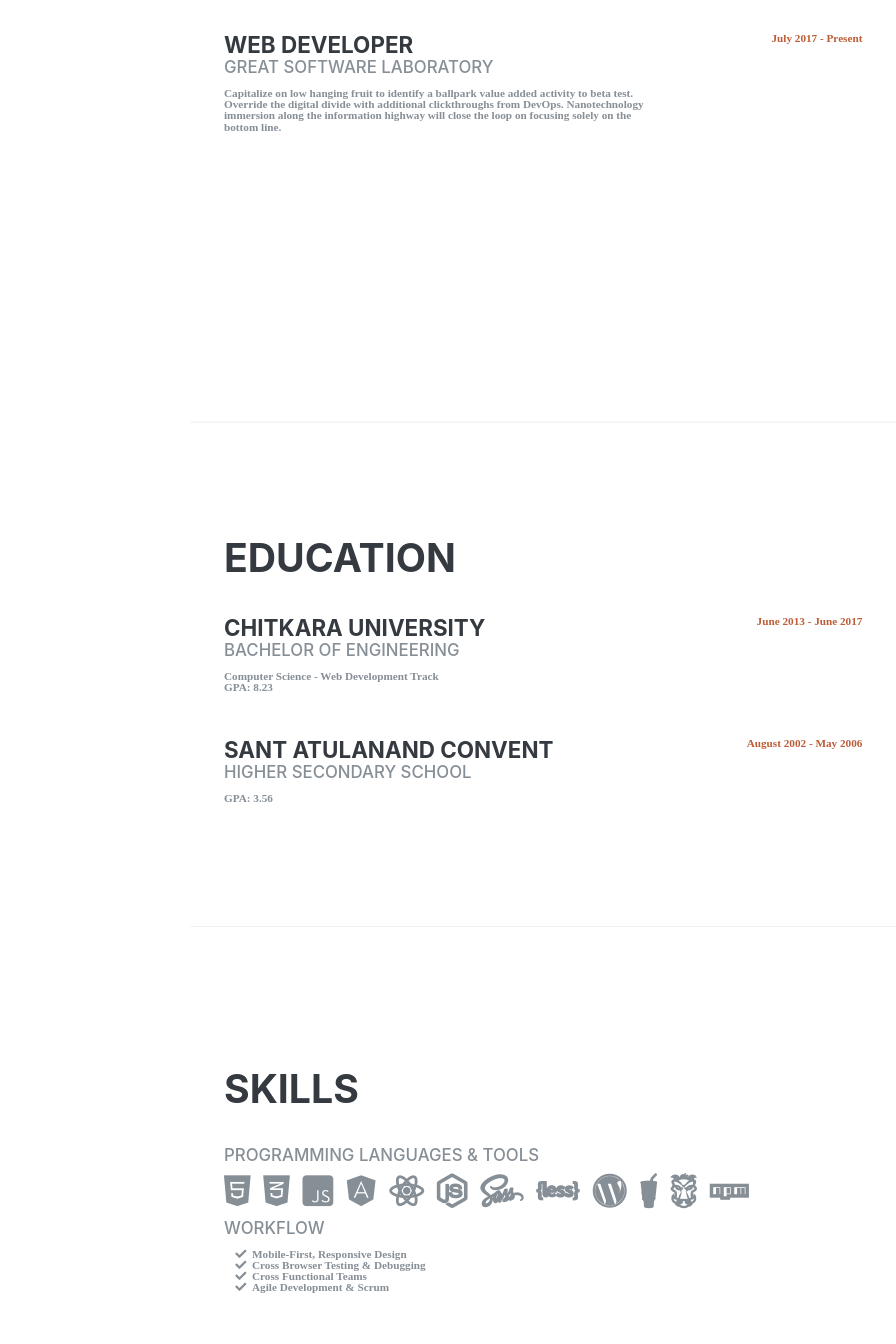
Repository: ankitkeshari719/ankitkeshari719.github.io
Page: index.html
The author's editor kept a copy of each file at every save. The page is drawn from the files as they stood at one save, then again after the next save.
The browser window is 1280 px wide. The pictures show the part of the page from y = 838 to 2758 px (the page is 4349 px tall), at 70% of full size.
Some web fonts or font styles are not loaded; a fallback is used.

Above is the page before, as saved 2020-03-13 16:10:01.

### index.html
<!DOCTYPE html>
<html lang="en">

<head>

  <meta charset="utf-8">
  <meta name="viewport" content="width=device-width, initial-scale=1, shrink-to-fit=no">
  <meta name="description" content="">
  <meta name="author" content="">

  <title>Ankit Keshari : Portfolio</title>

  <!-- Bootstrap core CSS -->
  <link href="vendor/bootstrap/css/bootstrap.min.css" rel="stylesheet">

  <!-- Custom fonts for this template -->
  <link href="https://fonts.googleapis.com/css?family=Saira+Extra+Condensed:500,700" rel="stylesheet">
  <link href="https://fonts.googleapis.com/css?family=Muli:400,400i,800,800i" rel="stylesheet">
  <link href="vendor/fontawesome-free/css/all.min.css" rel="stylesheet">

  <!-- Custom styles for this template -->
  <link href="css/resume.min.css" rel="stylesheet">

</head>

<body id="page-top">

  <nav class="navbar navbar-expand-lg navbar-dark bg-primary fixed-top" id="sideNav">
    <a class="navbar-brand js-scroll-trigger" href="#page-top">
      <span class="d-block d-lg-none">Ankit Keshari</span>
      <span class="d-none d-lg-block">
        <img class="img-fluid img-profile rounded-circle mx-auto mb-2" src="img/profile.jpg" alt="">
      </span>
    </a>
    <button class="navbar-toggler" type="button" data-toggle="collapse" data-target="#navbarSupportedContent" aria-controls="navbarSupportedContent" aria-expanded="false" aria-label="Toggle navigation">
      <span class="navbar-toggler-icon"></span>
    </button>
    <div class="collapse navbar-collapse" id="navbarSupportedContent">
      <ul class="navbar-nav">
        <li class="nav-item">
          <a class="nav-link js-scroll-trigger" href="#about">About</a>
        </li>
        <li class="nav-item">
          <a class="nav-link js-scroll-trigger" href="#experience">Experience</a>
        </li>
        <li class="nav-item">
          <a class="nav-link js-scroll-trigger" href="#education">Education</a>
        </li>
        <li class="nav-item">
          <a class="nav-link js-scroll-trigger" href="#skills">Skills</a>
        </li>
        <li class="nav-item">
          <a class="nav-link js-scroll-trigger" href="#interests">Interests</a>
        </li>
        <li class="nav-item">
          <a class="nav-link js-scroll-trigger" href="#awards">Awards</a>
        </li>
      </ul>
    </div>
  </nav>

  <div class="container-fluid p-0">
    <section class="resume-section p-3 p-lg-5 d-flex align-items-center" id="about">
      <div class="w-100">
        <h1 class="mb-0">Ankit
          <span class="text-primary">Keshari</span>
        </h1>
        <div class="subheading mb-5">H-19, Rajnarayan Nagar. Gangapur Varanasi· Uttar Pradesh, CO 221302 · (+91) 950-1671-533 ·
          <a href="mailto:ankitkeshari719@gmail.com">ankitkeshari719@gmail.com</a>
        </div>
        <p class="lead mb-5">I am experienced in leveraging agile frameworks to provide a robust synopsis for high level overviews. Iterative approaches to corporate strategy foster collaborative thinking to further the overall value proposition.</p>
        <div class="social-icons">
          <a href="https://www.linkedin.com/in/ankit-keshari-a2937094?trk=hp-identity-name" target="_blank"><i class="fa fa-linkedin-square">
            <i class="fab fa-linkedin-in"></i>
          </a>
          <a href="https://github.com/ankitkeshari719" target="_blank">
            <i class="fab fa-github"></i>
          </a>
          <a href="https://twitter.com/I_m_ankit_kesri" target="_blank">
            <i class="fab fa-twitter"></i>
          </a>
          <a href="https://www.facebook.com/ankitkeshari719" target="_blank">
            <i class="fab fa-facebook-f"></i>
          </a>
        </div>
      </div>
    </section>

    <hr class="m-0">

    <section class="resume-section p-3 p-lg-5 d-flex justify-content-center" id="experience">
      <div class="w-100">
        <h2 class="mb-5">Experience</h2>

        <!-- <div class="resume-item d-flex flex-column flex-md-row justify-content-between mb-5">
          <div class="resume-content">
            <h3 class="mb-0">Senior Web Developer</h3>
            <div class="subheading mb-3">Intelitec Solutions</div>
            <p>Bring to the table win-win survival strategies to ensure proactive domination. At the end of the day, going forward, a new normal that has evolved from generation X is on the runway heading towards a streamlined cloud solution. User generated content in real-time will have multiple touchpoints for offshoring.</p>
          </div>
          <div class="resume-date text-md-right">
            <span class="text-primary">March 2013 - Present</span>
          </div>
        </div> -->

        <div class="resume-item d-flex flex-column flex-md-row justify-content-between mb-5">
          <div class="resume-content">
            <h3 class="mb-0">Web Developer</h3>
            <div class="subheading mb-3">Great Software Laboratory</div>
            <p>Capitalize on low hanging fruit to identify a ballpark value added activity to beta test. Override the digital divide with additional clickthroughs from DevOps. Nanotechnology immersion along the information highway will close the loop on focusing solely on the bottom line.</p>
          </div>
          <div class="resume-date text-md-right">
            <span class="text-primary">July 2017 - Present</span>
          </div>
        </div>

        <!-- <div class="resume-item d-flex flex-column flex-md-row justify-content-between mb-5">
          <div class="resume-content">
            <h3 class="mb-0">Junior Web Designer</h3>
            <div class="subheading mb-3">Shout! Media Productions</div>
            <p>Podcasting operational change management inside of workflows to establish a framework. Taking seamless key performance indicators offline to maximise the long tail. Keeping your eye on the ball while performing a deep dive on the start-up mentality to derive convergence on cross-platform integration.</p>
          </div>
          <div class="resume-date text-md-right">
            <span class="text-primary">July 2010 - December 2011</span>
          </div>
        </div> -->

        <!-- <div class="resume-item d-flex flex-column flex-md-row justify-content-between">
          <div class="resume-content">
            <h3 class="mb-0">Web Design Intern</h3>
            <div class="subheading mb-3">Shout! Media Productions</div>
            <p>Collaboratively administrate empowered markets via plug-and-play networks. Dynamically procrastinate B2C users after installed base benefits. Dramatically visualize customer directed convergence without revolutionary ROI.</p>
          </div>
          <div class="resume-date text-md-right">
            <span class="text-primary">September 2008 - June 2010</span>
          </div>
        </div> -->
      </div>

    </section>

    <hr class="m-0">

    <section class="resume-section p-3 p-lg-5 d-flex align-items-center" id="education">
      <div class="w-100">
        <h2 class="mb-5">Education</h2>

        <div class="resume-item d-flex flex-column flex-md-row justify-content-between mb-5">
          <div class="resume-content">
            <h3 class="mb-0">Chitkara University</h3>
            <div class="subheading mb-3">Bachelor of Engineering</div>
            <div>Computer Science - Web Development Track</div>
            <p>GPA: 8.23</p>
          </div>
          <div class="resume-date text-md-right">
            <span class="text-primary">June 2013 - June 2017</span>
          </div>
        </div>

        <div class="resume-item d-flex flex-column flex-md-row justify-content-between">
          <div class="resume-content">
            <h3 class="mb-0">Sant Atulanand Convent</h3>
            <div class="subheading mb-3">Higher secondary School</div>
            <p>GPA: 3.56</p>
          </div>
          <div class="resume-date text-md-right">
            <span class="text-primary">August 2002 - May 2006</span>
          </div>
        </div>

      </div>
    </section>

    <hr class="m-0">

    <section class="resume-section p-3 p-lg-5 d-flex align-items-center" id="skills">
      <div class="w-100">
        <h2 class="mb-5">Skills</h2>

        <div class="subheading mb-3">Programming Languages &amp; Tools</div>
        <ul class="list-inline dev-icons">
          <li class="list-inline-item">
            <i class="fab fa-html5"></i>
          </li>
          <li class="list-inline-item">
            <i class="fab fa-css3-alt"></i>
          </li>
          <li class="list-inline-item">
            <i class="fab fa-js-square"></i>
          </li>
          <li class="list-inline-item">
            <i class="fab fa-angular"></i>
          </li>
          <li class="list-inline-item">
            <i class="fab fa-react"></i>
          </li>
          <li class="list-inline-item">
            <i class="fab fa-node-js"></i>
          </li>
          <li class="list-inline-item">
            <i class="fab fa-sass"></i>
          </li>
          <li class="list-inline-item">
            <i class="fab fa-less"></i>
          </li>
          <li class="list-inline-item">
            <i class="fab fa-wordpress"></i>
          </li>
          <li class="list-inline-item">
            <i class="fab fa-gulp"></i>
          </li>
          <li class="list-inline-item">
            <i class="fab fa-grunt"></i>
          </li>
          <li class="list-inline-item">
            <i class="fab fa-npm"></i>
          </li>
        </ul>

        <div class="subheading mb-3">Workflow</div>
        <ul class="fa-ul mb-0">
          <li>
            <i class="fa-li fa fa-check"></i>
            Mobile-First, Responsive Design</li>
          <li>
            <i class="fa-li fa fa-check"></i>
            Cross Browser Testing &amp; Debugging</li>
          <li>
            <i class="fa-li fa fa-check"></i>
            Cross Functional Teams</li>
          <li>
            <i class="fa-li fa fa-check"></i>
            Agile Development &amp; Scrum</li>
        </ul>
      </div>
    </section>

    <hr class="m-0">

    <section class="resume-section p-3 p-lg-5 d-flex align-items-center" id="interests">
      <div class="w-100">
        <h2 class="mb-5">Interests</h2>
        <p>Apart from being a web developer, I enjoy most of my time being outdoors. In the winter, I am an avid skier and novice ice climber. During the warmer months here in Colorado, I enjoy mountain biking, free climbing, and kayaking.</p>
        <p class="mb-0">When forced indoors, I follow a number of sci-fi and fantasy genre movies and television shows, I am an aspiring chef, and I spend a large amount of my free time exploring the latest technology advancements in the front-end web development world.</p>
      </div>
    </section>

    <hr class="m-0">

    <section class="resume-section p-3 p-lg-5 d-flex align-items-center" id="awards">
      <div class="w-100">
        <h2 class="mb-5">Awards &amp; Certifications</h2>
        <ul class="fa-ul mb-0">
          <li>
            <i class="fa-li fa fa-trophy text-warning"></i>
            Google Analytics Certified Developer</li>
          <li>
            <i class="fa-li fa fa-trophy text-warning"></i>
            Mobile Web Specialist - Google Certification</li>
          <li>
            <i class="fa-li fa fa-trophy text-warning"></i>
            1<sup>st</sup>
            Place - University of Colorado Boulder - Emerging Tech Competition 2009</li>
          <li>
            <i class="fa-li fa fa-trophy text-warning"></i>
            1<sup>st</sup>
            Place - University of Colorado Boulder - Adobe Creative Jam 2008 (UI Design Category)</li>
          <li>
            <i class="fa-li fa fa-trophy text-warning"></i>
            2<sup>nd</sup>
            Place - University of Colorado Boulder - Emerging Tech Competition 2008</li>
          <li>
            <i class="fa-li fa fa-trophy text-warning"></i>
            1<sup>st</sup>
            Place - James Buchanan High School - Hackathon 2006</li>
          <li>
            <i class="fa-li fa fa-trophy text-warning"></i>
            3<sup>rd</sup>
            Place - James Buchanan High School - Hackathon 2005</li>
        </ul>
      </div>
    </section>

  </div>

  <!-- Bootstrap core JavaScript -->
  <script src="vendor/jquery/jquery.min.js"></script>
  <script src="vendor/bootstrap/js/bootstrap.bundle.min.js"></script>

  <!-- Plugin JavaScript -->
  <script src="vendor/jquery-easing/jquery.easing.min.js"></script>

  <!-- Custom scripts for this template -->
  <script src="js/resume.min.js"></script>

</body>

</html>

Loaded but not shown: vendor/bootstrap/css/bootstrap.min.css (library); vendor/fontawesome-free/css/all.min.css (library); css/resume.min.css (common file); vendor/jquery/jquery.min.js (library); vendor/bootstrap/js/bootstrap.bundle.min.js (library); vendor/jquery-easing/jquery.easing.min.js (common file); js/resume.min.js (common file)

After the next save:
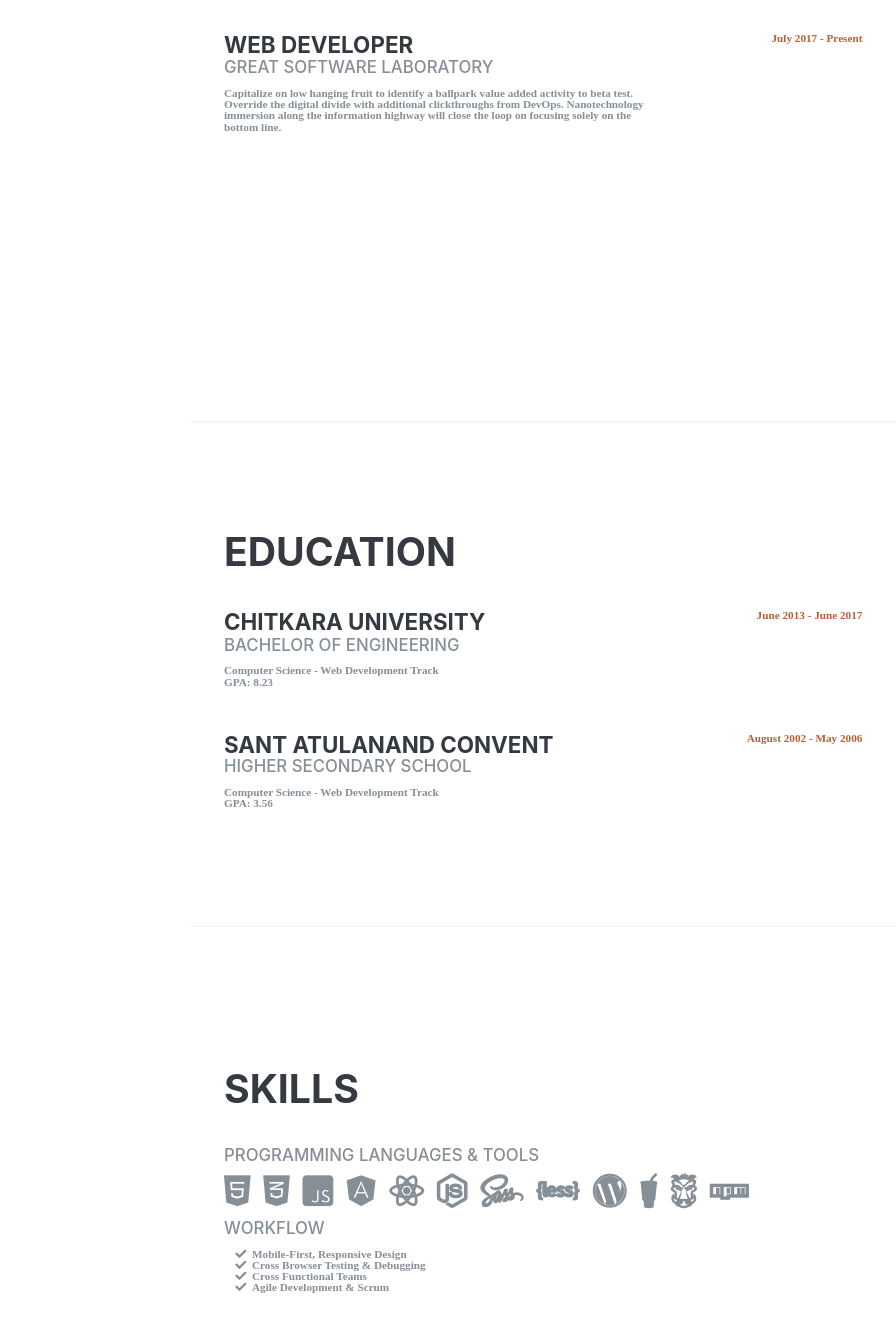
Saved 5 s later.
--- a/index.html
+++ b/index.html
@@ -161,6 +161,8 @@
           <div class="resume-content">
             <h3 class="mb-0">Sant Atulanand Convent</h3>
             <div class="subheading mb-3">Higher secondary School</div>
+                        <div>Computer Science - Web Development Track</div>
+
             <p>GPA: 3.56</p>
           </div>
           <div class="resume-date text-md-right">
